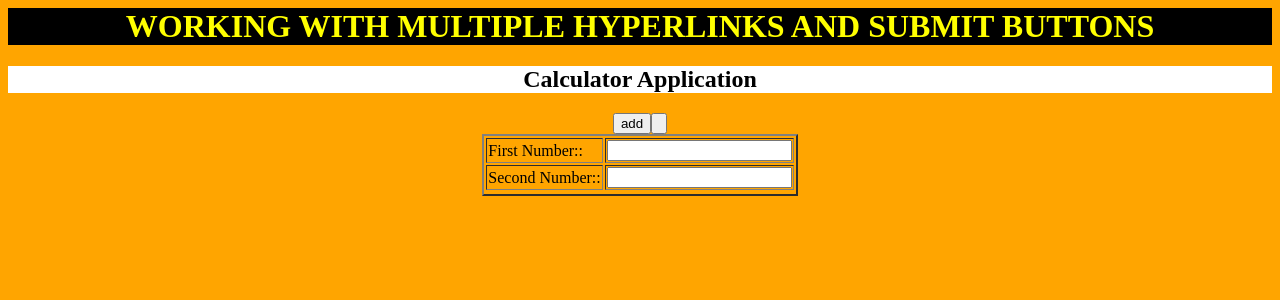
Repository: shivaramkrishna53/SERVLET_PROJECTS
Page: proj11-workingwithmultiplehyperlinksandsubmitbuttons/WebContent/input.html
The author's editor kept a copy of each file at every save. The page is drawn from the files as they stood at one save, then again after the next save.
The browser window is 1280 px wide. The pictures show the whole page.

Above is the page before, as saved 2021-01-12 08:22:11.

After the next save:
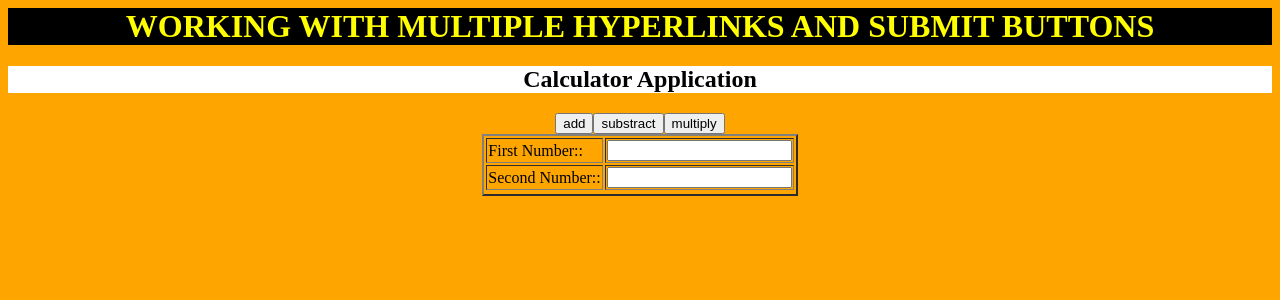
Saved 47 s later.
--- a/proj11-workingwithmultiplehyperlinksandsubmitbuttons/WebContent/input.html
+++ b/proj11-workingwithmultiplehyperlinksandsubmitbuttons/WebContent/input.html
@@ -22,7 +22,8 @@
 </tr>
 <tr>
 <input type="button" name="cal" value="add"/>
-<input type="button" name="cal"
+<input type="button" name="cal" value="substract"/>
+<input type="button" name="cal" value="multiply"/>
 </tr>
 </table>
 </center>
